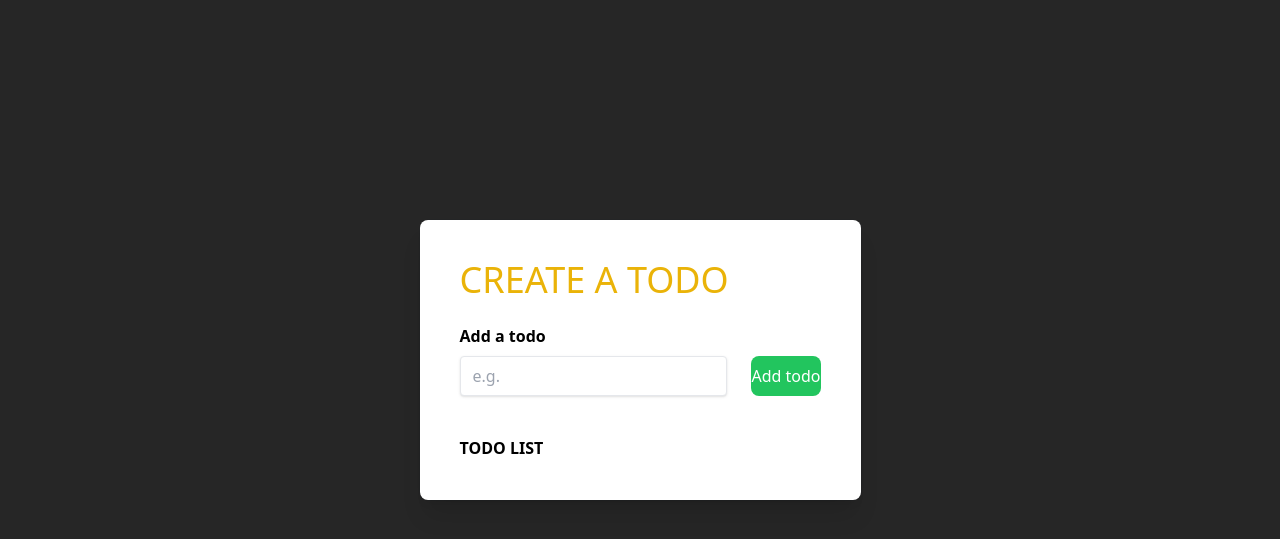
Repository: Kajo-lab/vue-todo
Page: /
These files come from the project's save history. The page is drawn as it stood at one moment and after the next save; the edit follows.
The browser window is 1280 px wide. The pictures show the whole page.
The project was rebuilt for these pictures with package versions that can differ from the ones it lists, and the page was loaded fresh each time. Also part of the build but not shown: vite.config.js, webpack.config.js.

Above is the page before, as saved 2022-07-07 17:18:45.

### src/main.js
import { createApp } from 'vue'
import App from './App.vue'
import "./assets/tailwind.css";

createApp(App).mount('#app')

### src/App.vue
<script setup>
import { ref, onMounted, computed, watch } from 'vue'

const todos = ref([])
const name = ref('')

const input_content = ref('')

const todos_asc = computed(() => todos.value.sort((a,b) =>{
	return a.createdAt - b.createdAt
}))

watch(name, (newVal) => {
	localStorage.setItem('name', newVal)
})

watch(todos, (newVal) => {
	localStorage.setItem('todos', JSON.stringify(newVal))
}, {
	deep: true
})

const addTodo = () => {
  if (input_content.value.trim() === '') {
    return
  }

	todos.value.push({
		content: input_content.value,
		done: false,
		editable: false,
		createdAt: new Date().getTime()
	})
}

const removeTodo = (todo) => {
	todos.value = todos.value.filter((t) => t !== todo)
}

onMounted(() => {
	name.value = localStorage.getItem('name') || ''
	todos.value = JSON.parse(localStorage.getItem('todos')) || []
})
</script>

<template>

<main class="relative flex min-h-screen flex-col justify-center overflow-hidden bg-neutral-800 py-6 sm:py-12">
	<div class="relative bg-white px-6 pt-10 pb-8 shadow-xl ring-1 ring-gray-900/5 sm:mx-auto sm:max-w-lg sm:rounded-lg sm:px-10">
		<section class="mb-10">
		<h1 class="text-4xl text-yellow-500 mb-6">CREATE A TODO</h1>
				<h3 class="mb-2 font-bold">Add a todo</h3>
				<form id="new-todo-form" class="flex gap-6" @submit.prevent="addTodo">
					<input
						class="shadow appearance-none border rounded w-full py-2 px-3 text-gray-700 leading-tight focus:outline-none focus:shadow-outline"
						type="text"
						name="content"
						id="content"
						placeholder="e.g. "
						v-model="input_content" />

					<input type="submit" value="Add todo" class="h-10 w-20 text-white rounded-lg bg-green-500 hover:bg-green-600"/>
				</form>
		</section>

		<section>
				<h3 class="mb-2 font-bold">TODO LIST</h3>
				<div id="todo-list ">
					<div class="flex mb-4" v-for="todo in todos_asc" :key="`todo-item ${todo.done && 'done'}`">

						<div class="flex gap-6 ">
							<input
							class="shadow appearance-none border rounded w-full py-2 px-3 text-gray-700 leading-tight focus:outline-none focus:shadow-outline"
							type="text"
							v-model="todo.content" />

							<button class="h-10 w-20 text-white rounded-lg bg-red-500 hover:bg-red-600" @click="removeTodo(todo)">Delete</button>
						</div>
					</div>
				</div>
		</section>
	</div>
</main>

</template>

<style src="./assets/tailwind.css"></style>

Loaded but not shown: src/assets/tailwind.css (common file); tailwind.config.js (common file)

After the next save:
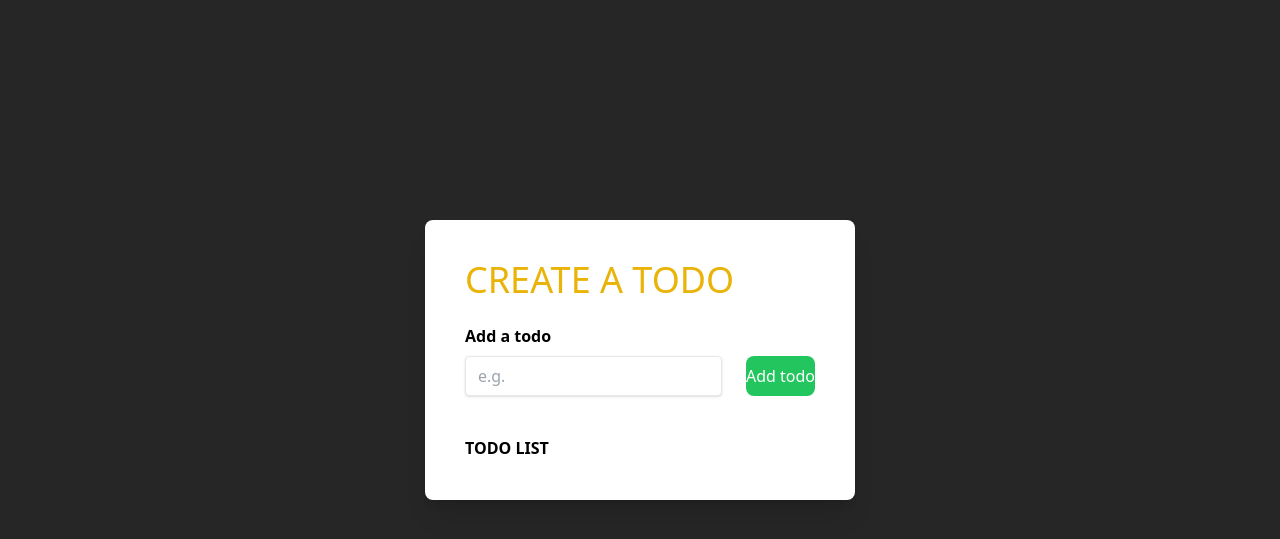
Saved 5 s later.
--- a/src/App.vue
+++ b/src/App.vue
@@ -59,7 +59,7 @@ onMounted(() => {
 						placeholder="e.g. "
 						v-model="input_content" />
 
-					<input type="submit" value="Add todo" class="h-10 w-20 text-white rounded-lg bg-green-500 hover:bg-green-600"/>
+					<input type="submit" value="Add todo" class="h-10 w-50 text-white rounded-lg bg-green-500 hover:bg-green-600"/>
 				</form>
 		</section>
 
